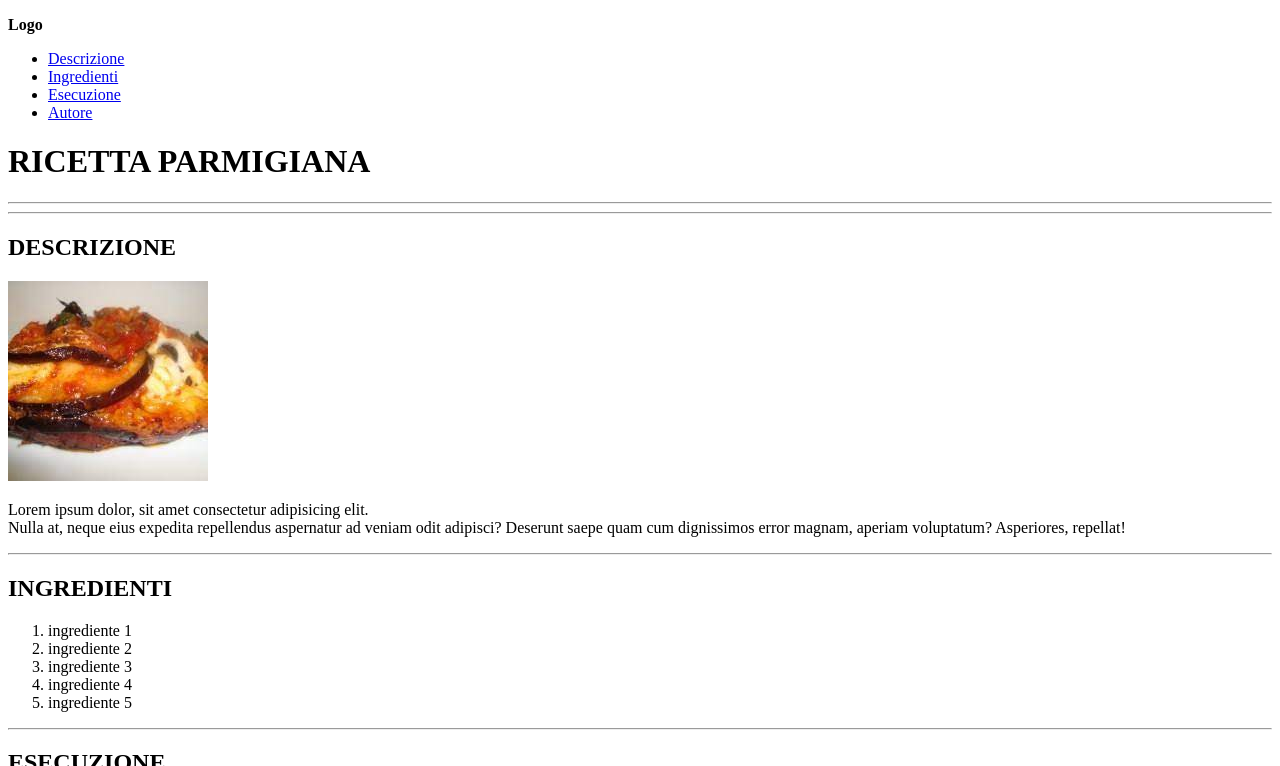
Repository: MicTomm/corso-frontend
Page: HTML/parmigiana/cdi.html
The author's editor kept a copy of each file at every save. The page is drawn from the files as they stood at one save, then again after the next save.
The browser window is 1280 px wide. The pictures show the part of the page from y = 0 to 766 px (the page is 1884 px tall before and 1874 px after).
A picture or video elsewhere on the page could not be fetched, so the positions and the page height are approximate.

Above is the page before, as saved 2023-11-07 12:51:03.

### HTML/parmigiana/cdi.html
<!DOCTYPE html>
<html lang="it">

<head>
  <meta charset="UTF-8">
  <meta name="viewport" content="width=device-width, initial-scale=1.0">
  <title>Ricetta PArmigiana</title>
</head>

<body>
  <header>
    <div>
      <p><strong>Logo</strong></p>
    </div>
    <nav>
      <ul>
        <li><a href="#descrizione">Descrizione</a></li>
        <li><a href="#ingredienti">Ingredienti</a></li>
        <li><a href="#esecuzione">Esecuzione</a></li>
        <li><a href="#autore">Autore</a></li>
      </ul>
    </nav>
  </header>
  <main>
    <h1>RICETTA PARMIGIANA</h1>
    <hr>
    <article id="descrizione">
      <hr>
      <h2>DESCRIZIONE</h2>
      <img src="./img/parmigiana.jpg" alt="parmigiana" title="parmigiana">
      <p>Lorem ipsum dolor, sit amet consectetur adipisicing elit. <br />Nulla at, neque eius expedita repellendus
        aspernatur
        ad veniam odit adipisci? Deserunt saepe quam cum dignissimos error magnam, aperiam voluptatum? Asperiores,
        repellat!</p>
    </article>
    <section id="ingredienti">
      <hr>
      <h2>INGREDIENTI</h2>
      <ol>
        <li>ingrediente 1</li>
        <li>ingrediente 2</li>
        <li>ingrediente 3</li>
        <li>ingrediente 4</li>
        <li>ingrediente 5</li>
      </ol>
    </section>
    <hr />
    <section id="esecuzione">
      <h2>ESECUZIONE</h2>
      <ol>
        <li>
          <img src="https://cdn.cook.stbm.it/thumbnails/ricette/142/142695/Parmigiana-di-melanzane-semplice-19-w400.jpg"
            alt="passaggio 1"><br />Lorem ipsum dolor sit amet consectetur adipisicing elit. Autem vero facilis ratione
          soluta voluptas reiciendis magnam. Animi voluptate, quidem officia eligendi veritatis perferendis maxime
          blanditiis dolorem, natus soluta pariatur facere.
        </li>
        <li>
          <img src="https://cdn.cook.stbm.it/thumbnails/ricette/142/142695/Parmigiana-di-melanzane-semplice-23-w400.jpg"
            alt="passaggio 2"><br />Lorem ipsum dolor sit amet consectetur adipisicing elit. Eos aliquam nesciunt beatae
          dolores vel repellat quibusdam numquam dolorum tempore laborum non ullam enim, ex ipsum veritatis provident
          officiis reiciendis doloribus.
        </li>
        <li>
          <img src="https://cdn.cook.stbm.it/thumbnails/ricette/142/142695/Parmigiana-di-melanzane-semplice-27-w400.jpg"
            alt="passaggio 3"><br />Lorem ipsum dolor sit amet consectetur adipisicing elit. Est temporibus laborum,
          asperiores beatae autem voluptatum incidunt saepe ab eos non nostrum mollitia veritatis recusandae maiores
          culpa
          harum. Culpa, quia consequuntur?
        </li>
      </ol>
    </section>
  </main>
  <hr />
  <footer>
    <p id="autore">Parmigiana - Michele</p>
  </footer>
</body>

</html>

After the next save:
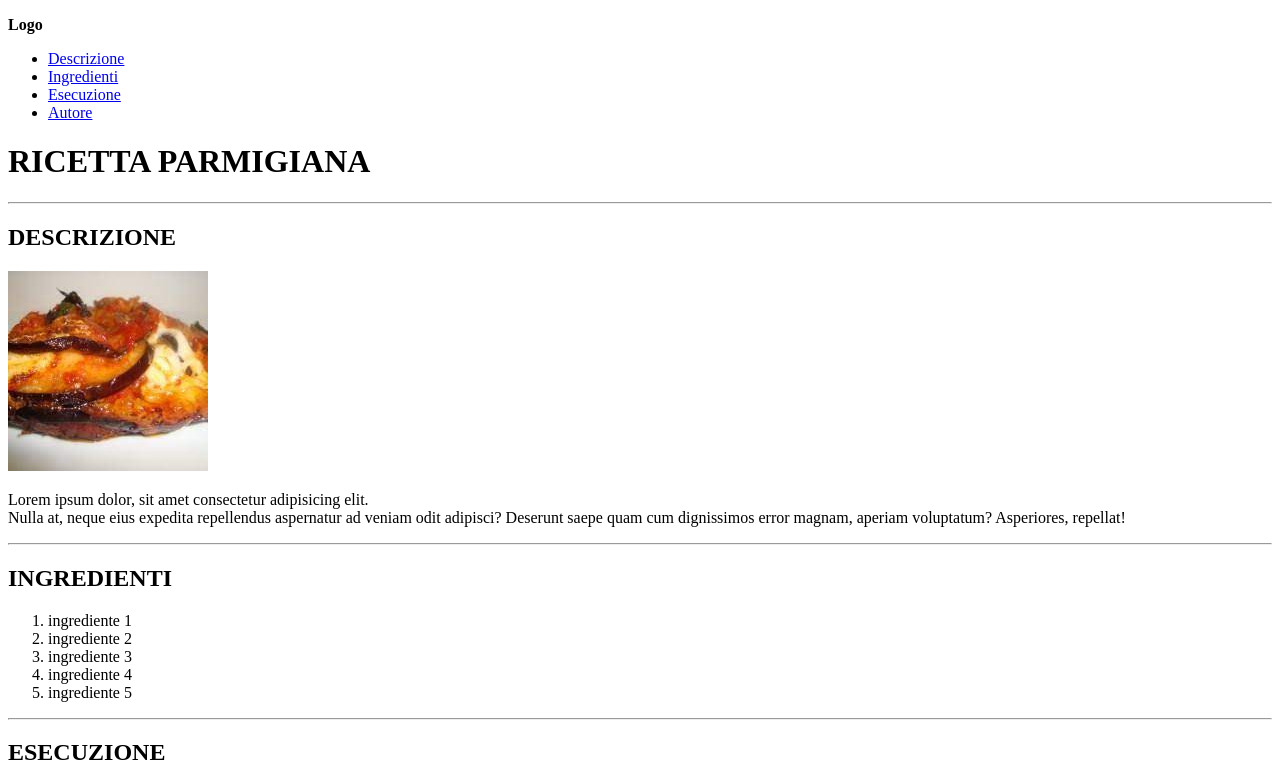
Saved 27 s later.
--- a/HTML/parmigiana/cdi.html
+++ b/HTML/parmigiana/cdi.html
@@ -25,7 +25,6 @@
     <h1>RICETTA PARMIGIANA</h1>
     <hr>
     <article id="descrizione">
-      <hr>
       <h2>DESCRIZIONE</h2>
       <img src="./img/parmigiana.jpg" alt="parmigiana" title="parmigiana">
       <p>Lorem ipsum dolor, sit amet consectetur adipisicing elit. <br />Nulla at, neque eius expedita repellendus
